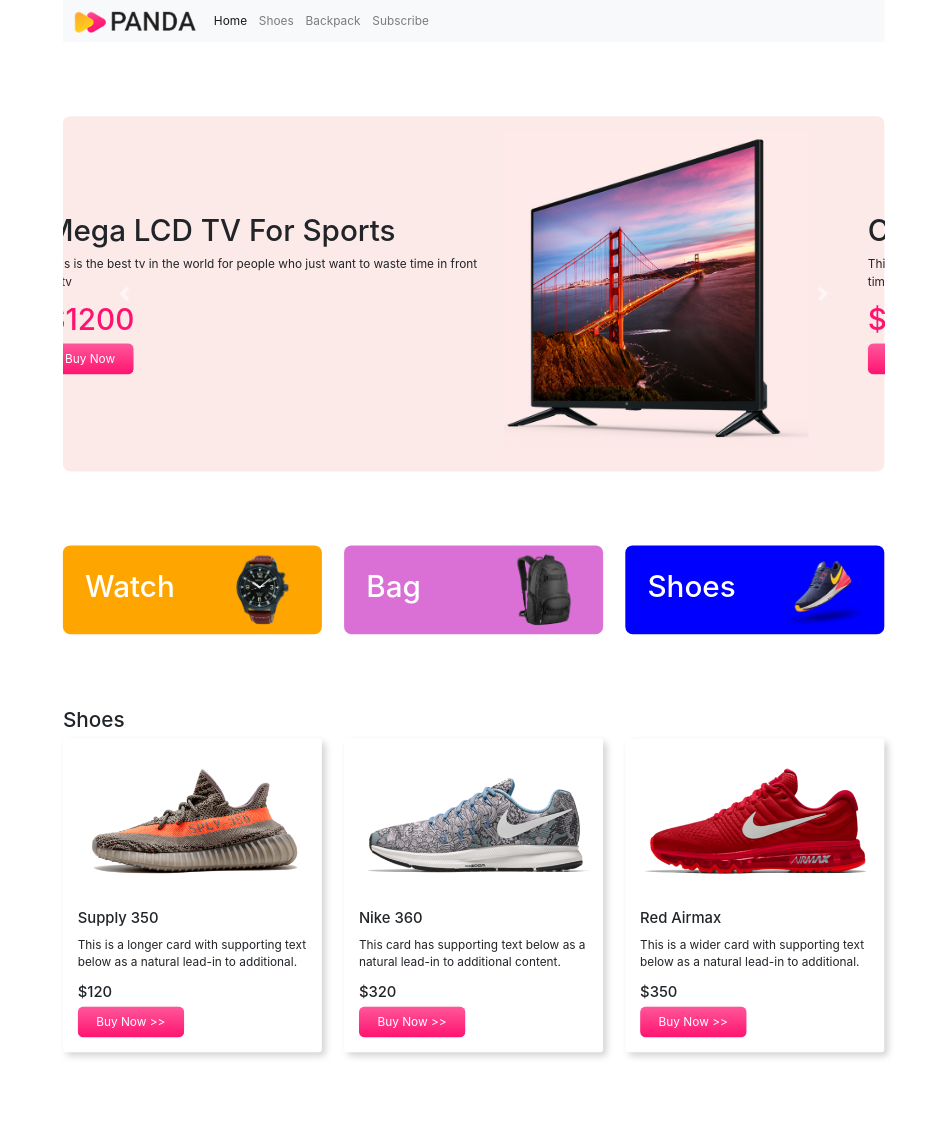
Repository: mohsinfarabi/panda-commerce
Page: index.html
These files come from the project's save history. The page is drawn as it stood at one moment and after the next save; the edit follows.
The browser window is 1280 px wide. The pictures show the whole page, at 74% of full size.

Above is the page before, as saved 2020-07-07 03:13:53.

### index.html
<!DOCTYPE html>
<html lang="en">

<head>
    <meta charset="UTF-8">
    <meta name="viewport" content="width=device-width, initial-scale=1.0">
    <title>Panda Commerce</title>
    <link rel="stylesheet" href="css/bootstrap/css/bootstrap.min.css">
    <link rel="stylesheet" href="style.css">
</head>

<body>
    <div class="container">
        <nav class="navbar navbar-expand-lg navbar-light bg-light">
            <a class="navbar-brand" href="#"><img src="images/logo.png" alt=""></a>
            <button class="navbar-toggler" type="button" data-toggle="collapse" data-target="#navbarNav" aria-controls="navbarNav" aria-expanded="false" aria-label="Toggle navigation">
              <span class="navbar-toggler-icon"></span>
            </button>
            <div class="collapse navbar-collapse" id="navbarNav">
                <ul class="navbar-nav">
                    <li class="nav-item active">
                        <a class="nav-link" href="#">Home <span class="sr-only">(current)</span></a>
                    </li>
                    <li class="nav-item">
                        <a class="nav-link" href="#shoes">Shoes</a>
                    </li>
                    <li class="nav-item">
                        <a class="nav-link" href="#backpack">Backpack</a>
                    </li>
                    <li class="nav-item">
                        <a class="nav-link" href="#subscribe">Subscribe</a>
                    </li>
                </ul>
            </div>
        </nav>
    </div>
    <div class="container">
        <div id="carouselExampleControls" class="carousel slide orange-bg" data-ride="carousel">
            <div class="carousel-inner">
                <div class="carousel-item active">
                    <div class="row align-items-center">
                        <div class="col-md-7">
                            <h1>Mega LCD TV For Sports</h1>
                            <p>This is the best tv in the world for people who just want to waste time in front of tv</p>
                            <h1 class="price">$1200</h1>
                            <button class="buy-now-button">Buy Now</button>
                        </div>
                        <div class="col-md-5">
                            <img src="images/banner-images/tv.png" class="d-block w-100" alt="...">
                        </div>
                    </div>
                </div>
                <div class="carousel-item">
                    <div class="row align-items-center">
                        <div class="col-md-7">
                            <h1>Cool Dude Headphone</h1>
                            <p>This is the best headdphone in the world for people who just want to waste time in front of funky world.</p>
                            <h1 class="price">$420</h1>
                            <button class="buy-now-button">Buy Now</button>
                        </div>
                        <div class="col-md-5">
                            <img src="images/banner-images/headphone.png" class="d-block w-100" alt="...">
                        </div>
                    </div>
                </div>
                <div class="carousel-item">
                    <div class="row align-items-center">
                        <div class="col-md-7">
                            <h1>Mega LCD TV For Sports</h1>
                            <p>This is the best x-box in the world for people who just want to waste time in front of fake sports.</p>
                            <h1 class="price">$600</h1>
                            <button class="buy-now-button">Buy Now</button>
                        </div>
                        <div class="col-md-5">
                            <img src="images/banner-images/xbox.png" class="d-block w-100" alt="...">
                        </div>
                    </div>
                </div>
            </div>
            <a class="carousel-control-prev" href="#carouselExampleControls" role="button" data-slide="prev">
                <span class="carousel-control-prev-icon" aria-hidden="true"></span>
                <span class="sr-only">Previous</span>
            </a>
            <a class="carousel-control-next" href="#carouselExampleControls" role="button" data-slide="next">
                <span class="carousel-control-next-icon" aria-hidden="true"></span>
                <span class="sr-only">Next</span>
            </a>
        </div>
    </div>

    <div class="container categories">
        <div class="row">
            <div class="col-md-4">
                <div class="d-flex justify-content-between align-items-center cat1">
                    <h1>Watch</h1>
                    <img src="images/categories/watch.png" alt="">
                </div>
            </div>
            <div class="col-md-4">
                <div class="d-flex justify-content-between align-items-center cat2">
                    <h1>Bag</h1>
                    <img src="images/categories/bag.png" alt="">
                </div>
            </div>
            <div class="col-md-4">
                <div class="d-flex justify-content-between align-items-center cat3">
                    <h1>Shoes</h1>
                    <img src="images/categories/shoes.png" alt="">
                </div>
            </div>
        </div>
    </div>

    <div class="container shoes" id="shoes">
        <h3>Shoes</h3>
        <div class="card-deck">
            <div class="card">
                <img src="images/shoes/shoe-1.png" class="card-img-top" alt="...">
                <div class="card-body">
                    <h5 class="card-title">Supply 350</h5>
                    <p class="card-text">This is a longer card with supporting text below as a natural lead-in to additional.</p>
                    <h5>$120</h5>
                    <button class="buy-now-button">Buy Now >></button>
                </div>
            </div>
            <div class="card">
                <img src="images/shoes/shoe-2.png" class="card-img-top" alt="...">
                <div class="card-body">
                    <h5 class="card-title">Nike 360</h5>
                    <p class="card-text">This card has supporting text below as a natural lead-in to additional content.</p>
                    <h5>$320</h5>
                    <button class="buy-now-button">Buy Now >></button>
                </div>
            </div>
            <div class="card">
                <img src="images/shoes/shoe-3.png" class="card-img-top" alt="...">
                <div class="card-body">
                    <h5 class="card-title">Red Airmax</h5>
                    <p class="card-text">This is a wider card with supporting text below as a natural lead-in to additional.</p>
                    <h5>$350</h5>
                    <button class="buy-now-button">Buy Now >></button>
                </div>
            </div>
        </div>
    </div>

    <script src="https://code.jquery.com/jquery-3.5.1.slim.min.js" integrity="sha384-DfXdz2htPH0lsSSs5nCTpuj/zy4C+OGpamoFVy38MVBnE+IbbVYUew+OrCXaRkfj" crossorigin="anonymous"></script>
    <script src="https://cdn.jsdelivr.net/npm/popper.js@1.16.0/dist/umd/popper.min.js" integrity="sha384-Q6E9RHvbIyZFJoft+2mJbHaEWldlvI9IOYy5n3zV9zzTtmI3UksdQRVvoxMfooAo" crossorigin="anonymous"></script>
    <script src="https://stackpath.bootstrapcdn.com/bootstrap/4.5.0/js/bootstrap.min.js" integrity="sha384-OgVRvuATP1z7JjHLkuOU7Xw704+h835Lr+6QL9UvYjZE3Ipu6Tp75j7Bh/kR0JKI" crossorigin="anonymous"></script>
</body>

</html>

### style.css
.container {
    margin-bottom: 100px;
}

.orange-bg {
    background-color: #fceae8;
    border-radius: 10px;
}

.carousel-item {
    padding: 20px 40px;
}

.price {
    color: #ff136f;
}

.buy-now-button {
    background-image: linear-gradient(to bottom, #FF589B 0%, #FF136F 100%);
    color: #fff;
    border: none;
    border-radius: 8px;
    padding: 9px 25px;
    cursor: pointer;
}

.cat1,
.cat2,
.cat3 {
    padding: 10px 30px;
    border-radius: 10px;
}

.cat1 {
    background-color: orange;
}

.cat2 {
    background-color: orchid;
}

.cat3 {
    background-color: blue;
}

.categories h1 {
    color: white;
}

.categories img {
    width: 100px;
}

.card {
    border: none;
    box-shadow: 5px 5px 10px lightgray;
}

Loaded but not shown: css/bootstrap/css/bootstrap.min.css (library)

After the next save:
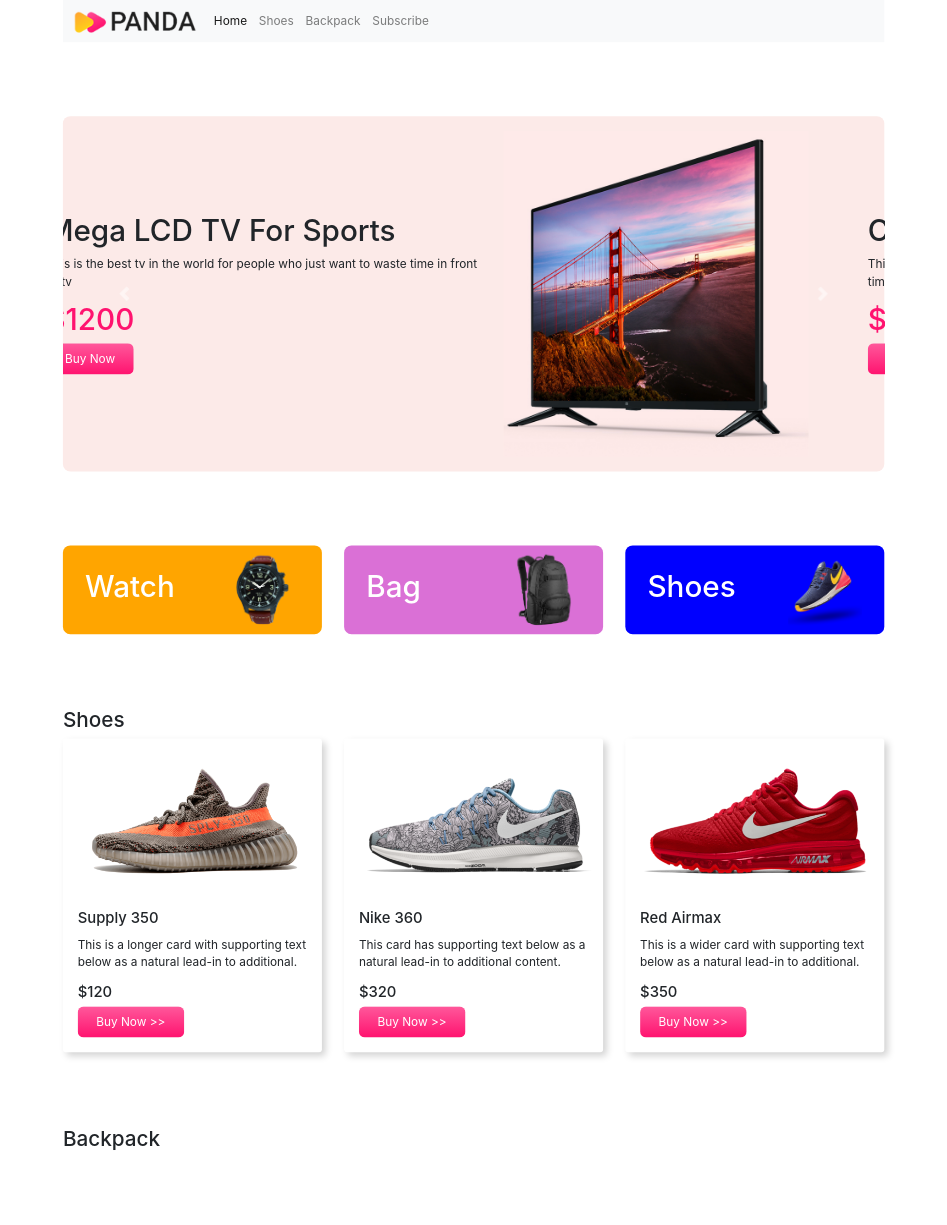
Saved 110 s later.
--- a/index.html
+++ b/index.html
@@ -144,6 +144,10 @@
         </div>
     </div>
 
+    <div class="container" id="backpack">
+        <h3>Backpack</h3>
+    </div>
+
     <script src="https://code.jquery.com/jquery-3.5.1.slim.min.js" integrity="sha384-DfXdz2htPH0lsSSs5nCTpuj/zy4C+OGpamoFVy38MVBnE+IbbVYUew+OrCXaRkfj" crossorigin="anonymous"></script>
     <script src="https://cdn.jsdelivr.net/npm/popper.js@1.16.0/dist/umd/popper.min.js" integrity="sha384-Q6E9RHvbIyZFJoft+2mJbHaEWldlvI9IOYy5n3zV9zzTtmI3UksdQRVvoxMfooAo" crossorigin="anonymous"></script>
     <script src="https://stackpath.bootstrapcdn.com/bootstrap/4.5.0/js/bootstrap.min.js" integrity="sha384-OgVRvuATP1z7JjHLkuOU7Xw704+h835Lr+6QL9UvYjZE3Ipu6Tp75j7Bh/kR0JKI" crossorigin="anonymous"></script>
